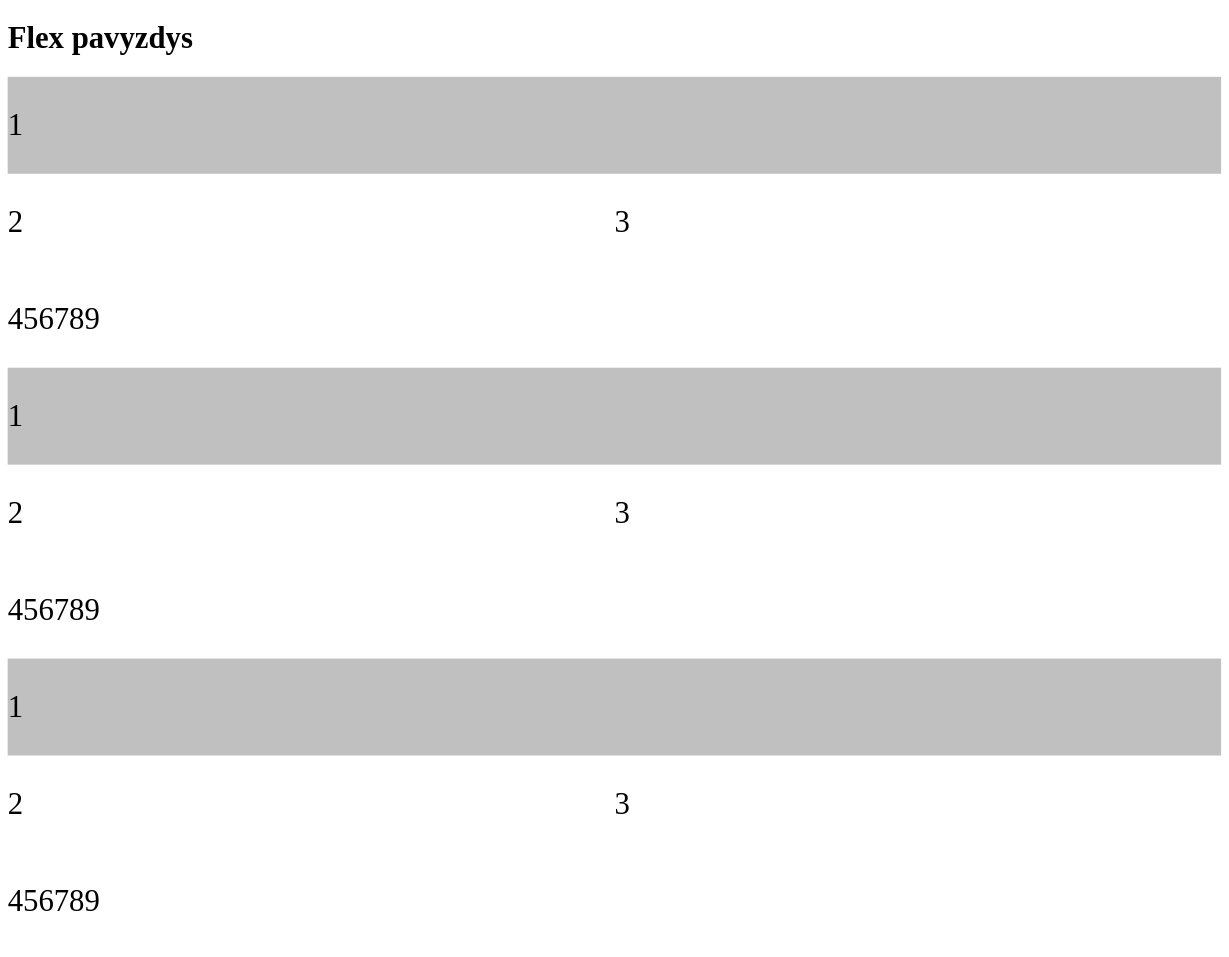
Repository: motiejus1/06-paskaita-invest
Page: index.html
These files come from the project's save history. The page is drawn as it stood at one moment and after a run of saves; the edit follows.
The browser window is 1280 px wide. The pictures show the whole page, at 96% of full size.

Above is the page before, as saved 2021-06-09 18:37:10.

### index.html
<!DOCTYPE html>
<html lang="en">
<head>
    <meta charset="UTF-8">
    <meta http-equiv="X-UA-Compatible" content="IE=edge">
    <meta name="viewport" content="width=device-width, initial-scale=1.0">
    <title>Sesta paskaita</title>
    <style>
        .flex-container {
            display: flex;
            flex-direction:row;
            flex-wrap: wrap;
        }

        .flex-item-1 {
            width: 100%;
            background-color: silver;
        }

        .flex-item-2, .flex-item-3 {
            width: 50%;
        }


        .zydra {
            background-color:aqua;
        }

        p {
            font-size: 32px;
        }
    </style>
</head>
<body>
    <div class="container">
        <h1>Flex pavyzdys</h1>
        <div class="flex-container">
            <div class="flex-item-1"><p>1</p></div>
            <div class="flex-item-2"><p>2</p></div>
            <div class="flex-item-3"><p>3</p></div>
            <div class="flex-item-4"><p>4</p></div>
            <div class="flex-item-5"><p>5</p></div>
            <div class="flex-item-6"><p>6</p></div>
            <div class="flex-item-7"><p>7</p></div>
            <div class="flex-item-8"><p>8</p></div>
            <div class="flex-item-9"><p>9</p></div>
            <div class="flex-item-1"><p>1</p></div>
            <div class="flex-item-2"><p>2</p></div>
            <div class="flex-item-3"><p>3</p></div>
            <div class="flex-item-4"><p>4</p></div>
            <div class="flex-item-5"><p>5</p></div>
            <div class="flex-item-6"><p>6</p></div>
            <div class="flex-item-7"><p>7</p></div>
            <div class="flex-item-8"><p>8</p></div>
            <div class="flex-item-9"><p>9</p></div>
            <div class="flex-item-1"><p>1</p></div>
            <div class="flex-item-2"><p>2</p></div>
            <div class="flex-item-3"><p>3</p></div>
            <div class="flex-item-4"><p>4</p></div>
            <div class="flex-item-5"><p>5</p></div>
            <div class="flex-item-6"><p>6</p></div>
            <div class="flex-item-7"><p>7</p></div>
            <div class="flex-item-8"><p>8</p></div>
            <div class="flex-item-9"><p>9</p></div>
        </div>
    </div>
</body>
</html>

After the next 4 saves:
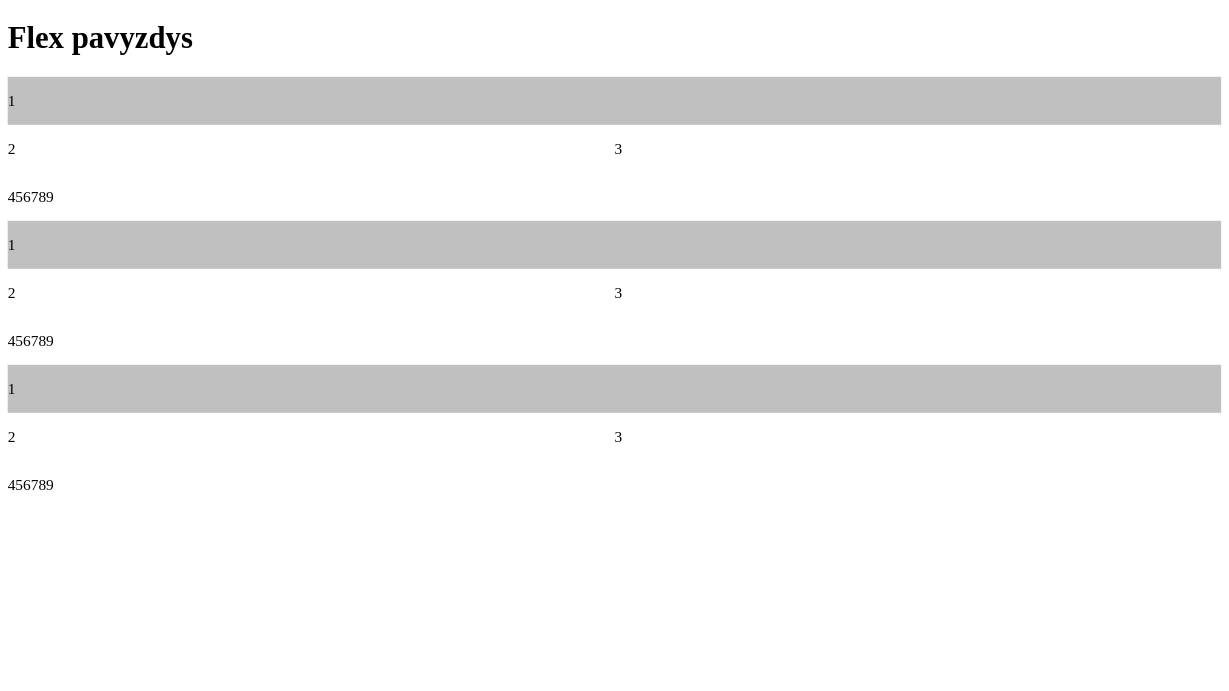
The 4 saves are shown as one change because they came seconds apart.
The last was saved 18 s later.
--- a/index.html
+++ b/index.html
@@ -25,6 +25,12 @@
         .zydra {
             background-color:aqua;
         }
+
+        .zalsva {
+            background-color: aquamarine;
+        }
+
+        .
 
         p {
             font-size: 32px;

After the 2 saves that followed:
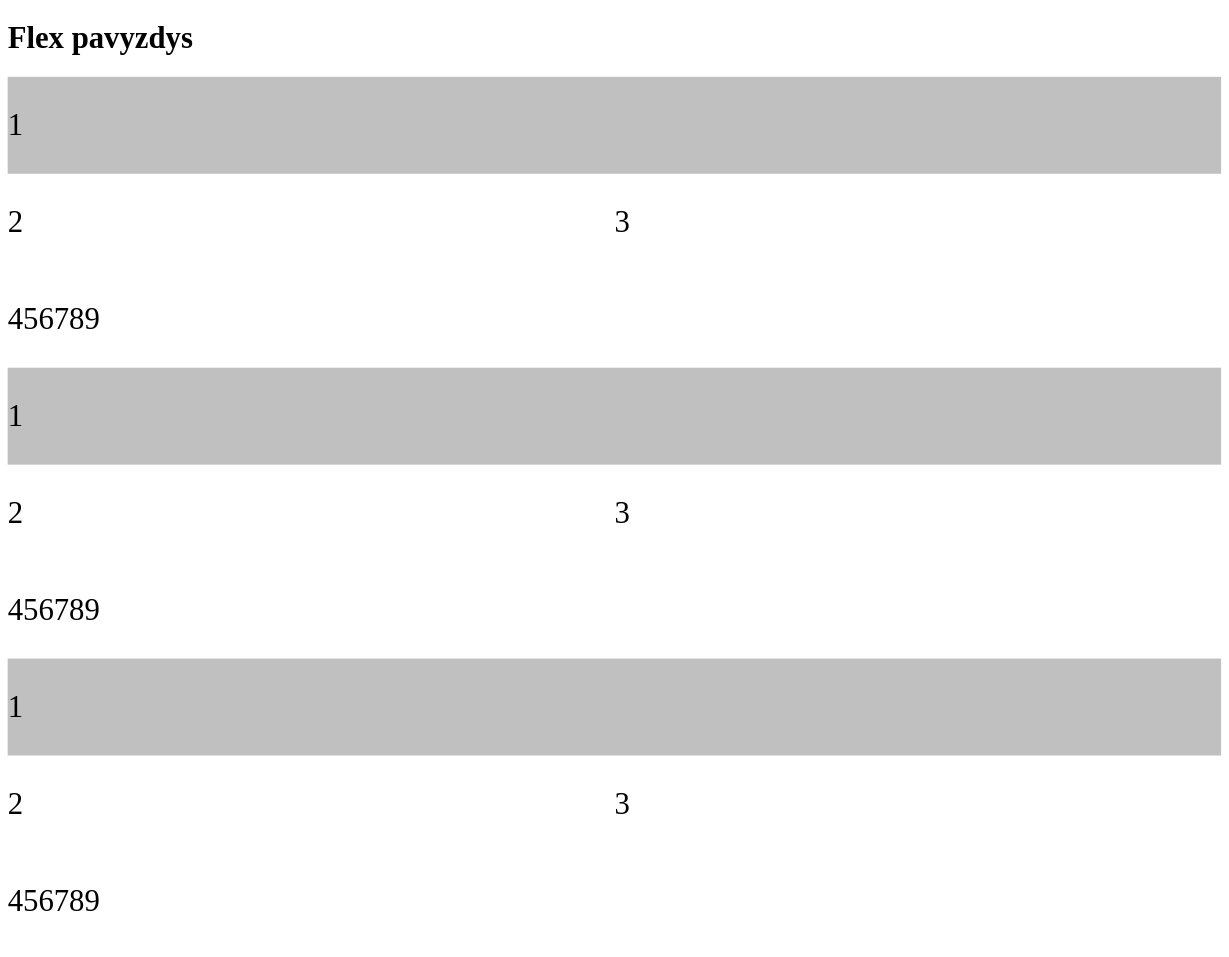
The 2 saves are shown as one change because they came seconds apart.
The last was saved 8 s later.
--- a/index.html
+++ b/index.html
@@ -30,7 +30,9 @@
             background-color: aquamarine;
         }
 
-        .
+        .rozine {
+            background-color: ;
+        }
 
         p {
             font-size: 32px;
